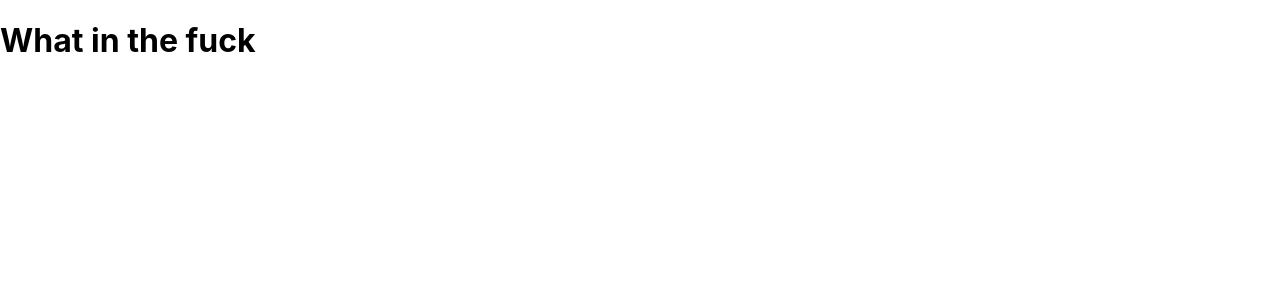
Repository: Jeffkw213/Learning_react
Page: / (app in myapp/)
The author's editor kept a copy of each file at every save. The page is drawn from the files as they stood at one save, then again after the next save.
The browser window is 1280 px wide. The pictures show the whole page.
The project was rebuilt for these pictures with package versions that can differ from the ones it lists, and the page was loaded fresh each time.

Above is the page before, as saved 2021-04-27 16:57:12.

### myapp/src/App.js
import Header from './Components/header'
function App() {
  // const name = 'jeff'
  return (
    // <div className='container'>
    //  <h1> Starting of React </h1>
    //  <h2> Hello {name} </h2>
    // </div>
    <div>
      <Header />
    </div>
  );
}

export default App;

### myapp/src/Components/header.js
const Header = (props) => {
    return (
        <header>
            <h1> {props.title} </h1>
        </header>
    )
}

Header.defaultProps = {
    title: "What in the fuck"
}

export default Header

Loaded but not shown: myapp/public/index.html (common file); myapp/src/index.js (common file); myapp/src/index.css (common file); myapp/src/reportWebVitals.js (common file)

After the next save:
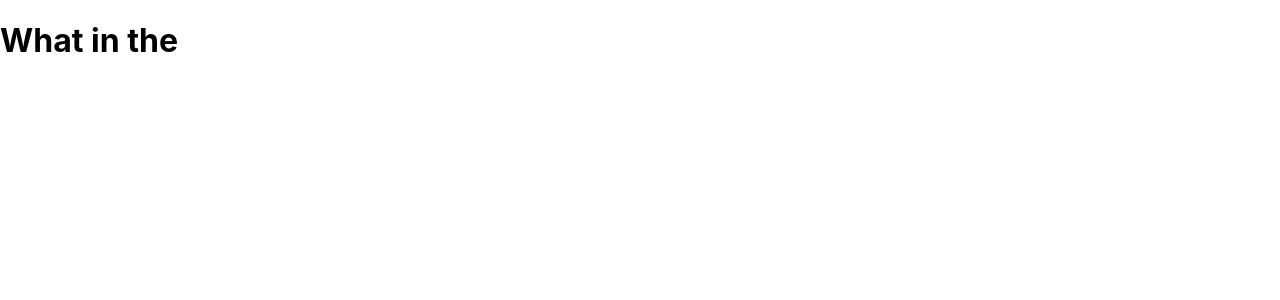
Saved 49 s later.
--- a/myapp/src/Components/header.js
+++ b/myapp/src/Components/header.js
@@ -7,7 +7,7 @@ const Header = (props) => {
 }
 
 Header.defaultProps = {
-    title: "What in the fuck"
+    title: "What in the "
 }
 
 export default Header
